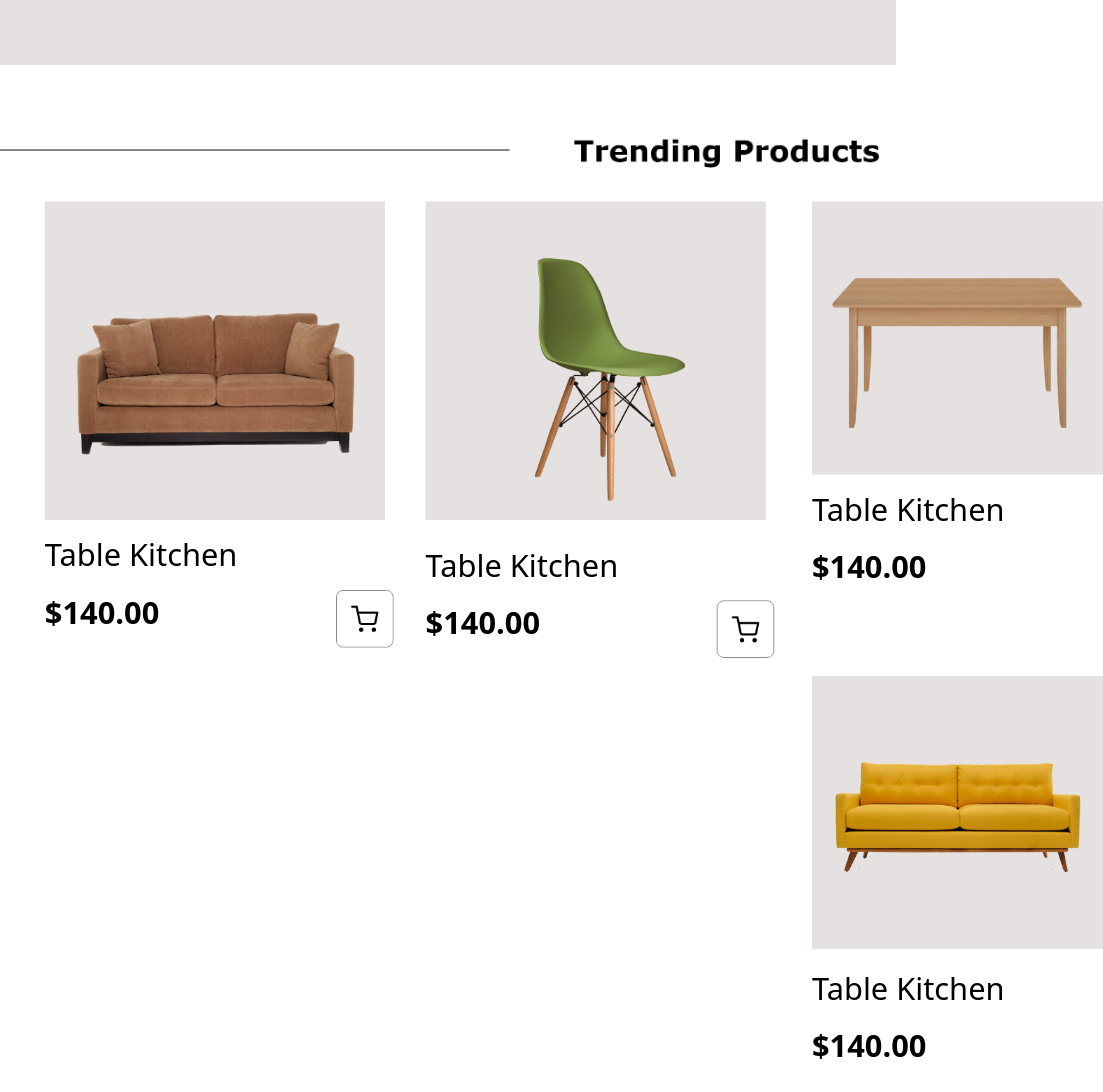
Repository: MEROO1010/creative_home
Page: /
These files come from the project's save history. The page is drawn as it stood at one moment and after the next save; the edit follows.
The browser window is 1280 px wide. The page is 1576 px wide, so the pictures cover 1576 px, including what lies to the right of the window. The pictures show the part of the page from y = 2737 to 4297 px (the page is 4297 px tall), at 70% of full size.
The project was rebuilt for these pictures with package versions that can differ from the ones it lists, and the page was loaded fresh each time. The framework's server and built-in components were replaced by stand-ins that run in the browser. Also part of the build but not shown: next.config.js.

Above is the page before, as saved 2022-12-14 10:05:58.

### pages/_app.tsx
import '../styles/globals.css'
import type { AppProps } from 'next/app'

export default function App({ Component, pageProps }: AppProps) {
  return <Component {...pageProps} />


}

### pages/index.tsx
import styles from '../styles/Home.module.css'
import Firstsection from '../components/Firstsection'
import Chair_Sofa from '../components/Chair_Sofa'
import SpecialOffer from '../components/SpecialOffer'
import TrendingProducts from '../components/TrendingProducts'



export default function Home() {
  return (
    <div className='overflow-y-auto'>

    <div>
      <Firstsection/>

      <Chair_Sofa/>

      <SpecialOffer/>
      <TrendingProducts/>





    </div>



    </div>

  )
}

### styles/globals.css
@tailwind base;
@tailwind components;
@tailwind utilities;

@font-face {
    font-family: "verdana";
    src: url('../assets/fonts/verdana.ttf');
    font-weight: normal;
    font-style: normal;
  }

  @font-face {
    font-family: "schuyler";
    src: url('../assets/fonts/Schuyler.ttf');
    font-weight: normal;
    font-style: normal;
  }

### components/Firstsection.tsx
import React from 'react'
import Image from 'next/image'
import first_img from '../assets/images/first_img.png'


const firstsection = () => {
  return (
    <div>
      <Image src={first_img} alt={''}/>
    </div>
  )
}

export default firstsection

### components/Chair_Sofa.tsx
import React from 'react'
import Image from 'next/image'

import Title1 from '../assets/images/title1.png'
import righBtn from '../assets/images/btn-r.png'
import leftBtn from '../assets/images/btn-l.png'




const Chair_Sofa = () => {
  return (
    <div className='my-10  pb-32  static '>
     <div className='my-20 py-4'>
     <Image src={Title1} alt={''}/>
     </div>

     <div className=" absolute   	 right-10	     ">
      <Image src={righBtn} alt={''}/>
      <div className="absolute bottom-60   left-40 mx-10 my-28 bg-transparent hover:bg-gray-500 text-white  text-[32px] font-semibold hover:text-white py-2 px-4 border border-white hover:border-transparent rounded w-394 h-82   "><button>View All Products</button></div>
     </div>

     <div className=" absolute left-10  ">
      <Image src={leftBtn} alt={''}/>
      <div className="absolute bottom-60   left-20 mx-16 my-28 bg-transparent hover:bg-gray-500 text-white  text-[32px] font-semibold hover:text-white py-2 px-4 border border-white hover:border-transparent rounded w-394 h-82   "><button>View All Products</button></div>
     </div>

      <div>

      </div>

   </div>
  )
}

export default Chair_Sofa

### components/SpecialOffer.tsx
import React from 'react'
import Image from 'next/image'
import specialOffer from '../assets/images/specialOffer.png'
import sofa2 from '../assets/images/sofa2.png'
import image2 from '../assets/images/img2.png'




const SpecialOffer = () => {
  return (
    <div className='bottom-100'>
      <div className="relative bg-[#E6E1E1]  py-10    my-80  top-80    ">
        <div className=' py-4 my-4 top-20'>
          <Image src={specialOffer} alt=''/>

         </div>

         <div className='  absolute	left-80 ml-80 mt-20 pl-44  '>
          <Image src={sofa2} alt=''/>

         </div>

         <div className='static mt-40 pl-8	'>
          <Image src={image2} alt=''/>
          <button className=' relative bg-transparent hover:bg-red-500 text-[28px] text-red-700 font-semibold hover:text-white py-4 px-8 border border-red-500 hover:border-transparent rounded mx-40 my-50 bottom-40 w-80 h-20'>shop Now</button>
         </div>
    </div>
    </div>
  )
}

export default SpecialOffer

### components/TrendingProducts.tsx
import React from 'react'
import Image from 'next/image'
import Trending_Products from '../assets/images/trending-products.png'
import Shopping from  '../assets/images/shopping-btn.png'
import Tablekitchen from '../assets/images/Table_Kitchen.png'
import chair1 from '../assets/images/Chair No-arms.png'
import brownSofa from '../assets/images/Brown_Chouch.png'
import yellowsofa from '../assets/images/Yellow_Sofa.png'



const TrendingProducts = () => {
  return (
    <div>
     <div className='pt-24'>
        <Image src={Trending_Products} alt=''/>
     </div>

     <div >
      {/*table kitchen */}
     <div className=' absolute ml-80 mt-12 pl-80  left-80'>
       <div className='ml-36 pl-14'>
       <Image src={Tablekitchen} alt=''/>
       <h1 className='text-[44px]  mt-4  font-verdana'>Table Kitchen</h1>
       <h1 className='text-[44px]  mt-4  font-verdana font-bold'>$140.00</h1>
       <button className=' relative ml-80 my-4  pl-24 bottom-20 '><Image src={Shopping} alt=''/> </button>
       </div>
     </div>
       {/*chair noe arms */}
     <div className=' absolute ml-28 mt-12 pl-10  left-20'>
       <div className='ml-80 pl-14'>
       <Image src={chair1} alt=''/>
       <h1 className='text-[44px]  mt-4  font-verdana'>Table Kitchen</h1>
       <h1 className='text-[44px]  mt-4  font-verdana font-bold'>$140.00</h1>
       <button className=' relative ml-80 my-4  pl-24 bottom-20 '><Image src={Shopping} alt=''/> </button>
       </div>
     </div>

      {/*brown chouch */}
      <div className='absolute ml-4 mt-12 pl-2  left-70'>
       <div className='ml-10   '>
       <Image src={brownSofa} alt=''/>
       <h1 className='text-[44px]  mt-4  font-verdana'>Table Kitchen</h1>
       <h1 className='text-[44px]  mt-4  font-verdana font-bold'>$140.00</h1>
       <button className=' relative ml-80 my-4  pl-24 bottom-20 '><Image src={Shopping} alt=''/> </button>
       </div>
     </div>

     {/*yellow sofa */}
     <div className=' absolute ml-80 mt-60 pl-80 pt-40  left-80'>
       <div className='ml-36 pl-14 mt-80'>
       <Image src={yellowsofa} alt=''/>
       <h1 className='text-[44px]  mt-4  font-verdana'>Table Kitchen</h1>
       <h1 className='text-[44px]  mt-4  font-verdana font-bold'>$140.00</h1>
       <button className=' relative ml-80 my-4  pl-24 bottom-20 '><Image src={Shopping} alt=''/> </button>
       </div>
     </div>


     </div>
    </div>
  )
}

export default TrendingProducts

### tailwind.config.js
/** @type {import('tailwindcss').Config} */
module.exports = {
  content: [
    "./pages/**/*.{js,ts,jsx,tsx}",
    "./components/**/*.{js,ts,jsx,tsx}",
  ],
  theme: {

    extend: {
      fontFamily:{
        "verdana":['../assets/fonts/verdana.ttf'],
        "schuyler":['../assets/fonts/Schuyler.ttf']
      }
    },
  },
  plugins: [],
}

After the next save:
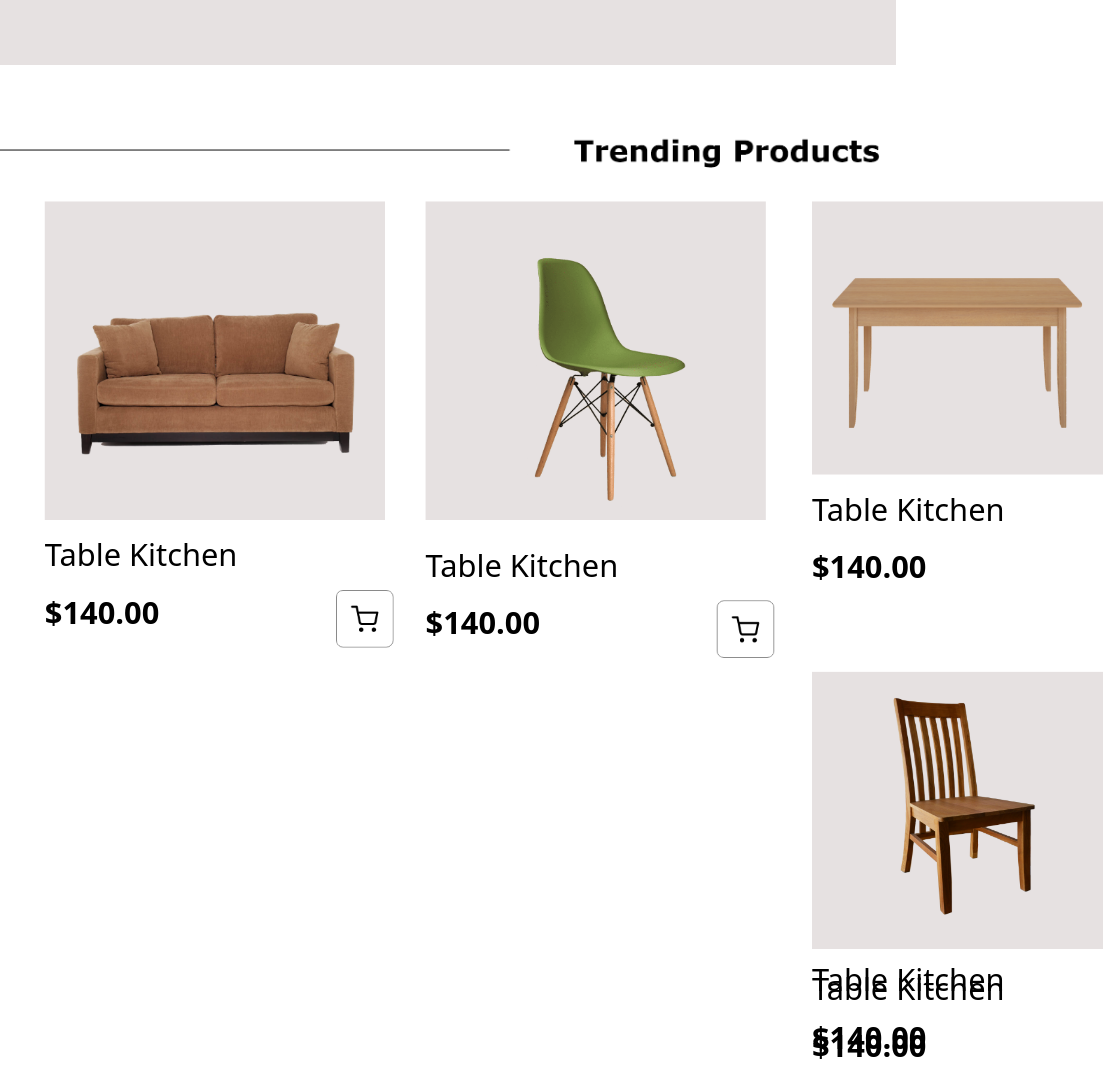
Saved 2 min 8 s later.
--- a/components/TrendingProducts.tsx
+++ b/components/TrendingProducts.tsx
@@ -6,6 +6,8 @@ import Tablekitchen from '../assets/images/Table_Kitchen.png'
 import chair1 from '../assets/images/Chair No-arms.png'
 import brownSofa from '../assets/images/Brown_Chouch.png'
 import yellowsofa from '../assets/images/Yellow_Sofa.png'
+import woodchair from '../assets/images/Wood_Chair.png'
+import modrenchair from '../assets/images/Modern_Sofa.png'
 
 
 
@@ -56,6 +58,16 @@ const TrendingProducts = () => {
        </div>
      </div>
 
+     {/*wood chair */}
+     <div className=' absolute ml-80 mt-60 pl-80 pt-40  left-80'>
+       <div className='ml-36 pl-14 mt-80'>
+       <Image src={woodchair} alt=''/>
+       <h1 className='text-[44px]  mt-4  font-verdana'>Table Kitchen</h1>
+       <h1 className='text-[44px]  mt-4  font-verdana font-bold'>$140.00</h1>
+       <button className=' relative ml-80 my-4  pl-24 bottom-20 '><Image src={Shopping} alt=''/> </button>
+       </div>
+     </div>
+
 
      </div>
     </div>
